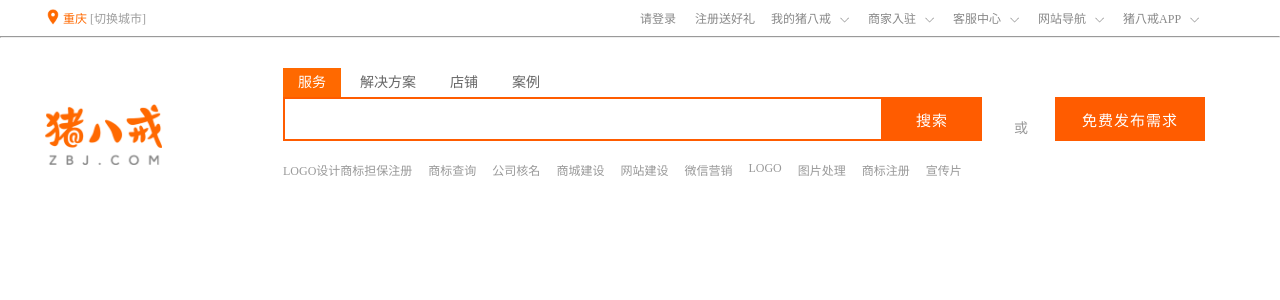
Repository: 13982720426/zbj
Page: HTML/index.html
The author's editor kept a copy of each file at every save. The page is drawn from the files as they stood at one save, then again after the next save.
The browser window is 1280 px wide. The pictures show the whole page.

Above is the page before, as saved 2021-07-15 17:22:05.

After the next save:
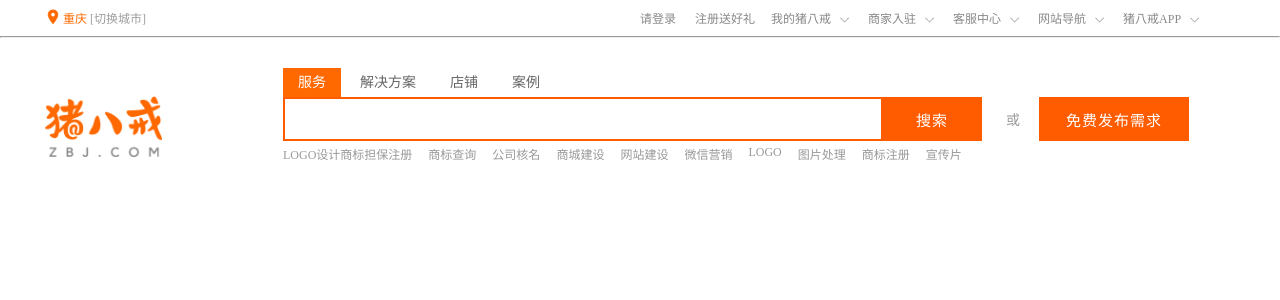
Saved 10 s later.
--- a/HTML/css/index.css
+++ b/HTML/css/index.css
@@ -138,7 +138,7 @@
 }
 .huo {
   display: inline-block;
-  margin: 10px;
+  margin: 2px;
   width: 50px;
   text-align: center;
   line-height: 44px;

After the save that followed:
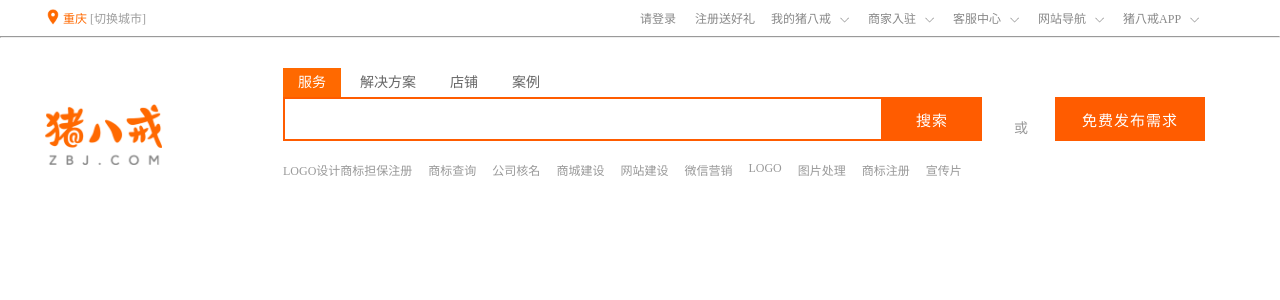
Saved 17 s later.
--- a/HTML/css/index.css
+++ b/HTML/css/index.css
@@ -138,7 +138,7 @@
 }
 .huo {
   display: inline-block;
-  margin: 2px;
+  padding: 10px;
   width: 50px;
   text-align: center;
   line-height: 44px;
